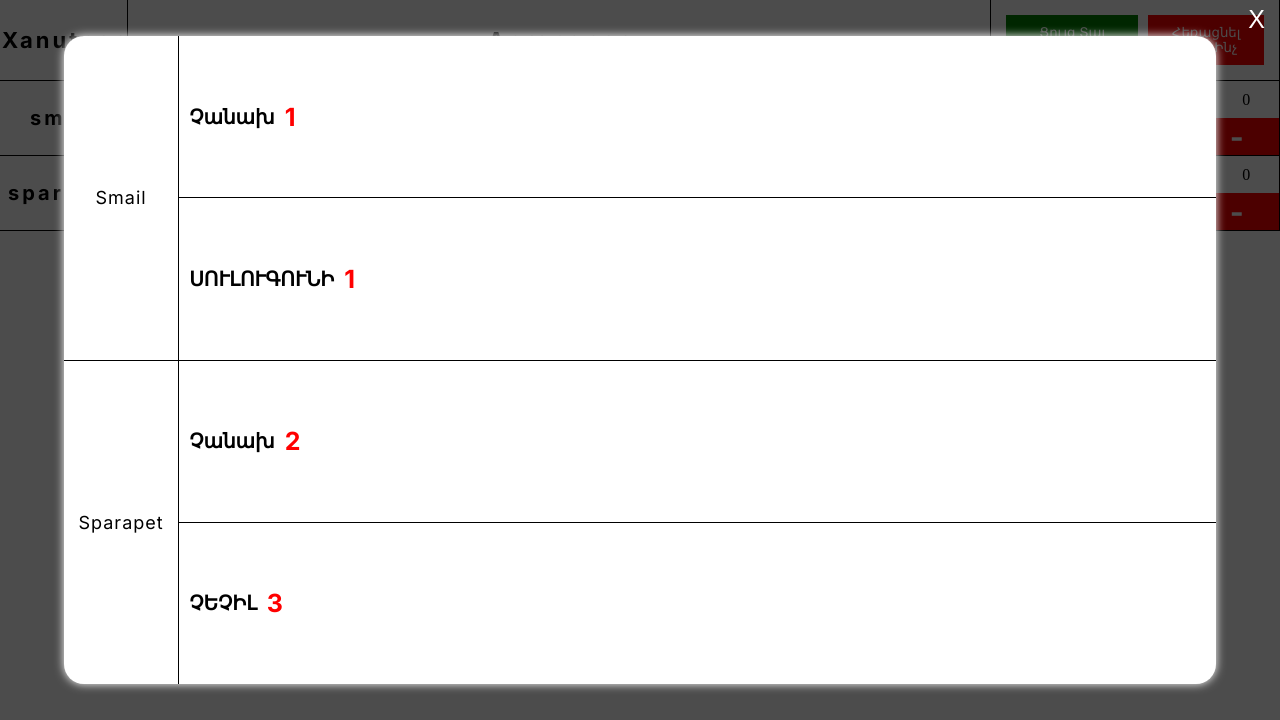
Repository: AbApin/amasia
Page: /
The author's editor kept a copy of each file at every save. The page is drawn from the files as they stood at one save, then again after a run of saves.
The browser window is 1280 px wide. The pictures show the whole page.
The project was rebuilt for these pictures with package versions that can differ from the ones it lists, and the page was loaded fresh each time. Also part of the build but not shown: vue.config.js.

Above is the page before, as saved 2023-01-28 17:36:44.

### public/index.html
<!DOCTYPE html>
<html lang="">
  <head>
    <meta charset="utf-8" />
    <meta http-equiv="X-UA-Compatible" content="IE=edge" />
    <meta name="viewport" content="width=device-width,initial-scale=1.0" />
    <link rel="icon" href="<%= BASE_URL %>favicon.ico" />
    <title><%= htmlWebpackPlugin.options.title %></title>
    <link
      href="https://fonts.googleapis.com/css?family=Inter:100,200,300,regular,500,600,700,800,900"
      rel="stylesheet"
    />
  </head>
  <body>
    <noscript>
      <strong
        >We're sorry but <%= htmlWebpackPlugin.options.title %> doesn't work properly without
        JavaScript enabled. Please enable it to continue.</strong
      >
    </noscript>
    <div id="app"></div>
    <!-- built files will be auto injected -->
  </body>
</html>

### src/main.js
import Vue from 'vue';
import App from './App.vue';
import store from './store';
store.subscribe((mutation, state) => {
  localStorage.setItem('xanutner', JSON.stringify(state.xanutner));
});
Vue.config.productionTip = false;

new Vue({
  store,
  render: (h) => h(App),
}).$mount('#app');

### src/App.vue
<template>
  <div id="app">
    <div class="header">
      <h2 class="xanutnerTitle">Xanutner</h2>
      <h2 class="apranqnerTitle">Apranqner</h2>
      <div class="cuycTal">
        <button class="cuycTalBtn" @click="isClick = true">ցույց տալ ընդհանուրը</button>
        <button class="heracnelBtn">հեռացնել ամեն ինչ</button>
      </div>
      <div v-show="isClick" class="endhanurQanak">
        <button @click="isClick = false" class="closeBtn">X</button>
        <div class="endhanurQanakInner">
          <ul class="endhanurQanakiList">
            <li
              v-for="xanutiAnun in Object.keys(ZAKAZNER)"
              :key="xanutiAnun"
              class="endhanurQanakiListItem"
            >
              <p class="endhanurQanakiListItemXanutiAnun">{{ xanutiAnun }}</p>
              <ul class="endhanurApranqneriList">
                <li
                  v-for="endhanurApranq in ZAKAZNER[xanutiAnun]"
                  :key="endhanurApranq.anun"
                  class="endhanurApranqneriListItem"
                >
                  <p class="endhanurApranqneriListItemAnun">{{ endhanurApranq.anun }}</p>
                  <p class="endhanurApranqneriListItemQanak">{{ endhanurApranq.qanak }}</p>
                </li>
              </ul>
            </li>
          </ul>
        </div>
      </div>
    </div>
    <div class="content">
      <ul class="contentList">
        <li v-for="xanutiAnun in Object.keys(XANUTNER)" :key="xanutiAnun" class="contentItem">
          <p class="xanutiAnun">{{ xanutiAnun }}</p>
          <ul class="apranqneriList">
            <li
              v-for="(apranq, apranqiHamar) in XANUTNER[xanutiAnun]"
              :key="apranqiHamar"
              class="apranqneriListItem"
            >
              <div class="apranqiText">
                <p class="apranqiAnun">{{ apranq.anun }}</p>
                <p class="apranqiQanak">{{ apranq.qanak }}</p>
              </div>
              <div class="apranqiAvelPakas">
                <button class="plus apranqiBtn" @click="AVELACNEL({ xanutiAnun, apranqiHamar })">
                  +
                </button>
                <button class="minus apranqiBtn" @click="PAKASACNEL({ xanutiAnun, apranqiHamar })">
                  -
                </button>
              </div>
            </li>
          </ul>
        </li>
      </ul>
    </div>
  </div>
</template>

<script>
import { mapGetters, mapMutations } from 'vuex';
export default {
  name: 'App',
  components: {},
  data() {
    return {
      isClick: true,
    };
  },
  beforeMount() {
    this.INITIAL();
  },
  methods: {
    ...mapMutations(['AVELACNEL', 'PAKASACNEL', 'INITIAL']),
  },
  computed: {
    ...mapGetters(['XANUTNER', 'ZAKAZNER']),
  },
};
</script>

<style>
*,
*::after,
*::before {
  margin: 0;
  padding: 0;
  box-sizing: border-box;
}
ul {
  list-style: none;
}
#app {
  display: flex;
  flex-direction: column;
  min-height: 100vh;
}
.header {
  display: flex;
  justify-content: space-between;
  width: 100%;
}
.xanutnerTitle {
  width: 10%;
  display: flex;
  align-items: center;
  justify-content: center;
  font-family: 'Inter';
  font-size: 22px;
  font-weight: 700;
  letter-spacing: 3px;
  padding: 20px 30px;
  border: 1px solid #000;
  border-top: 0;
  border-left: 0;
}
.apranqnerTitle {
  width: 75%;
  display: flex;
  align-items: center;
  justify-content: center;
  font-family: 'Inter';
  font-size: 22px;
  font-weight: 700;
  letter-spacing: 3px;
  padding: 20px 30px;
  border: 1px solid #000;
  border-top: 0;
  border-left: 0;
}
.contentList {
  display: flex;
  flex-direction: column;
}
.contentItem {
  display: flex;
  justify-content: space-between;
}
.xanutiAnun {
  display: flex;
  align-items: center;
  justify-content: center;
  width: 10%;
  font-family: 'Inter';
  font-size: 20px;
  font-weight: 700;
  letter-spacing: 3px;
  word-wrap: break-word;
  padding: 20px 30px;
  border: 1px solid #000;
  border-top: 0;
  border-left: 0;
}
.apranqneriList {
  width: 90%;
  display: flex;
  justify-content: space-between;
}
.apranqneriListItem {
  display: flex;
  flex-direction: column;
  flex: 1 1 0;
  border: 1px solid #000;
  border-top: 0;
  border-left: 0;
}
.apranqiText {
  display: flex;
  justify-content: space-between;
  align-items: center;
  height: 50%;
}
.apranqiAnun {
  font-family: 'Inter';
  font-size: 15px;
  font-weight: 500;
  word-wrap: break-word;
  text-align: center;
  width: 60%;
  border-right: 1px solid #000;
}
.apranqiQanak {
  display: flex;
  justify-content: center;
  align-items: center;
  width: 40%;
}
.apranqiAvelPakas {
  display: flex;
  justify-content: space-between;
  width: 100%;
  height: 50%;
}
.apranqiBtn {
  display: inline-flex;
  justify-content: center;
  align-items: center;
  font-family: 'Inter';
  font-size: 30px;
  font-weight: 700;
  letter-spacing: 3px;
  border: none;
  color: #fff;
  width: 50%;
  cursor: pointer;
}
.plus {
  background: green;
}
.minus {
  background: red;
}
.cuycTal {
  width: 25%;
  display: flex;
  align-items: center;
  justify-content: space-between;
  gap: 10px;
  padding: 15px;
  border: 1px solid #000;
  border-left: 0;
  border-top: 0;
}
.heracnelBtn,
.cuycTalBtn {
  display: inline-block;
  padding: 10px;
  border: none;
  color: #fff;
  text-transform: capitalize;
  cursor: pointer;
  transition: all 0.3s linear;
}
.heracnelBtn {
  background: red;
}
.cuycTalBtn {
  background: green;
}

/* endahnur */
.endhanurQanak {
  display: flex;
  justify-content: center;
  align-items: center;
  position: fixed;
  z-index: 999;
  top: 0;
  left: 0;
  width: 100%;
  height: 100%;
  background-color: rgba(0, 0, 0, 0.7);
}
.endhanurQanakInner {
  width: 90%;
  height: 90%;
  background: #fff;
  box-shadow: 0 0 10px #fff;
  border-radius: 20px;
  overflow: auto;
}
.endhanurQanakiList {
  display: flex;
  flex-direction: column;
  justify-content: space-between;
  height: 100%;
}
.endhanurQanakiListItem {
  display: flex;
  align-items: center;
  flex: 1 1 0;
  border-bottom: 1px solid #000;
}
.endhanurQanakiListItem:last-child {
  border-bottom: none;
}
.endhanurQanakiListItemXanutiAnun {
  border-right: 1px solid #000;
  width: 10%;
  display: flex;
  align-items: center;
  justify-content: center;
  height: 100%;
  font-family: 'Inter';
  font-size: 18px;
  letter-spacing: 1px;
  text-transform: capitalize;
}
.endhanurApranqneriList {
  height: 100%;
  width: 90%;
  display: flex;
  flex-direction: column;
  justify-content: space-between;
}
.endhanurApranqneriListItem {
  display: flex;
  gap: 10px;
  flex: 1 1 0;
  align-items: center;
  justify-content: flex-start;
  padding: 10px;
  border-bottom: 1px solid #000;
}
.endhanurApranqneriListItem:last-child {
  border-bottom: none;
}
.endhanurApranqneriListItemQanak {
  color: red;
  font-size: 25px;
  font-family: 'Inter';
  font-weight: 700;
}
.endhanurApranqneriListItemAnun {
  font-weight: bold;
  font-size: 20px;
}
.closeBtn {
  display: inline-block;
  color: #fff;
  font-size: 25px;
  position: absolute;
  right: 15px;
  top: 5px;
  background: transparent;
  border: none;
  cursor: pointer;
}
</style>

### src/store/index.js
import Vuex from 'vuex';
import Vue from 'vue';

Vue.use(Vuex);

const store = new Vuex.Store({
  state: {
    xanutner: {
      smail: [
        { anun: 'ԼՈՌԻ', qanak: 0 },
        { anun: 'Չանախ', qanak: 1 },
        { anun: 'ՉԵՉԻԼ', qanak: 0 },
        { anun: 'ՍՈՒԼՈՒԳՈՒՆԻ', qanak: 1 },
        { anun: 'lori', qanak: 0 },
        { anun: 'chanax', qanak: 0 },
        { anun: 'ԿԱՐԱԳ', qanak: 0 },
      ],
      sparapet: [
        { anun: 'ԼՈՌԻ', qanak: 0 },
        { anun: 'Չանախ', qanak: 2 },
        { anun: 'ՉԵՉԻԼ', qanak: 3 },
        { anun: 'ՍՈՒԼՈՒԳՈՒՆԻ', qanak: 0 },
        { anun: 'lori', qanak: 0 },
        { anun: 'chanax', qanak: 0 },
        { anun: 'ԿԱՐԱԳ', qanak: 0 },
      ],
    },
  },
  mutations: {
    AVELACNEL(state, payload) {
      state.xanutner[payload.xanutiAnun][payload.apranqiHamar].qanak += 1;
    },
    PAKASACNEL(state, payload) {
      let qanak = state.xanutner[payload.xanutiAnun][payload.apranqiHamar].qanak;
      console.log(qanak);
      if (qanak >= 1) {
        state.xanutner[payload.xanutiAnun][payload.apranqiHamar].qanak -= 1;
      }
    },
    INITIAL(state) {
      if (localStorage.getItem('xanutner')) {
        state.xanutner = JSON.parse(localStorage.xanutner);
      }
    },
  },
  getters: {
    XANUTNER(state) {
      localStorage.setItem('key', JSON.stringify(state));
      return state.xanutner;
    },
    ZAKAZNER(state) {
      let zakazner = {};
      Object.keys(state.xanutner).forEach((xanut) => {
        zakazner[xanut] = state.xanutner[xanut].filter(function (el) {
          return el.qanak > 0;
        });
        if (zakazner[xanut].length === 0) {
          delete zakazner[xanut];
        }
      });

      return zakazner;
    },
  },
});

export default store;

After the next 2 saves:
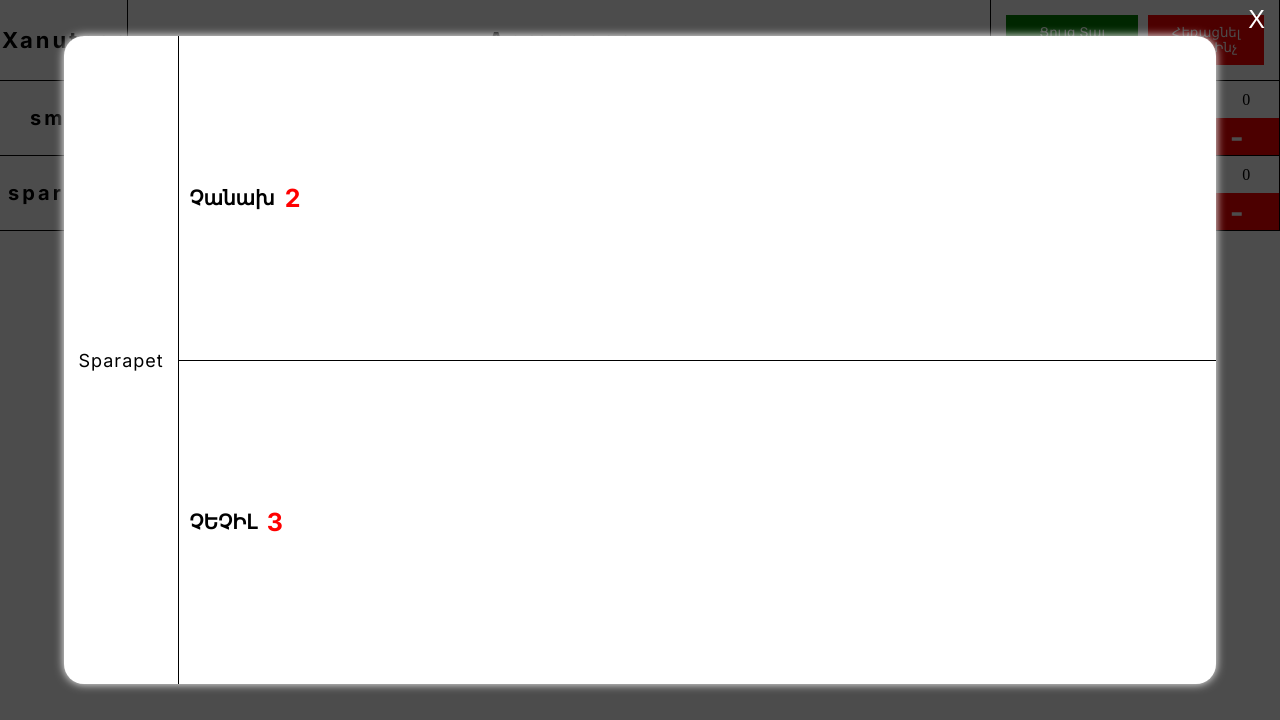
The 2 saves are shown as one change because they came seconds apart.
The last was saved 10 min 0 s later.
--- a/src/store/index.js
+++ b/src/store/index.js
@@ -8,9 +8,9 @@ const store = new Vuex.Store({
     xanutner: {
       smail: [
         { anun: 'ԼՈՌԻ', qanak: 0 },
-        { anun: 'Չանախ', qanak: 1 },
+        { anun: 'Չանախ', qanak: 0 },
         { anun: 'ՉԵՉԻԼ', qanak: 0 },
-        { anun: 'ՍՈՒԼՈՒԳՈՒՆԻ', qanak: 1 },
+        { anun: 'ՍՈՒԼՈՒԳՈՒՆԻ', qanak: 0 },
         { anun: 'lori', qanak: 0 },
         { anun: 'chanax', qanak: 0 },
         { anun: 'ԿԱՐԱԳ', qanak: 0 },
